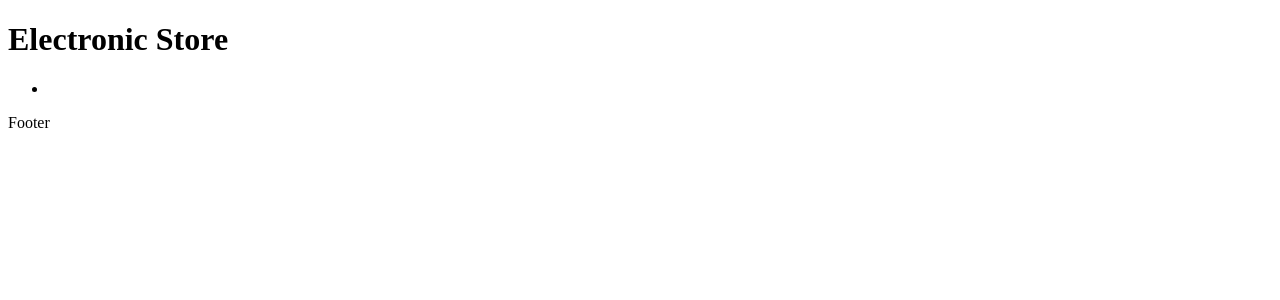
Repository: Lithium87/e-Strore
Page: /
The author's editor kept a copy of each file at every save. The page is drawn from the files as they stood at one save, then again after the next save.
The browser window is 1280 px wide. The pictures show the whole page.
The project was rebuilt for these pictures with package versions that can differ from the ones it lists, and the page was loaded fresh each time. Also part of the build but not shown: vite.config.js.

Above is the page before, as saved 2025-07-05 14:57:03.

After the next save:
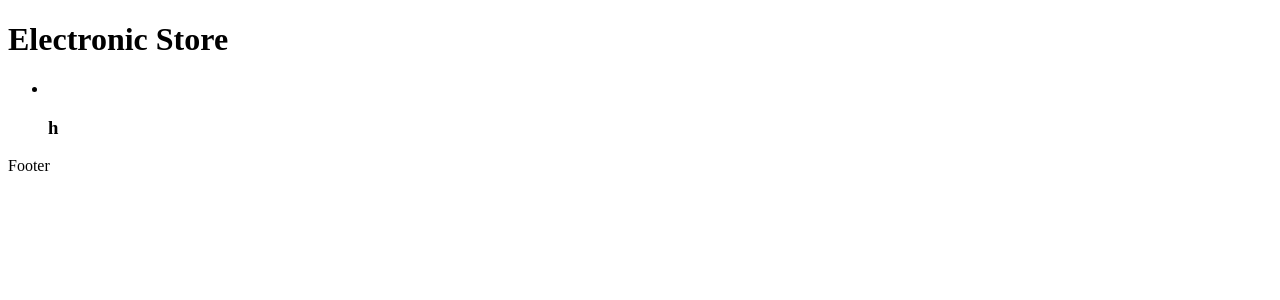
Saved 49 s later.
--- a/src/App.jsx
+++ b/src/App.jsx
@@ -77,6 +77,8 @@ const Product = () => {
   return (
     <li>
       <img src="" alt="" />
+      <h3>h</h3>
+
     </li>
   );
 };
